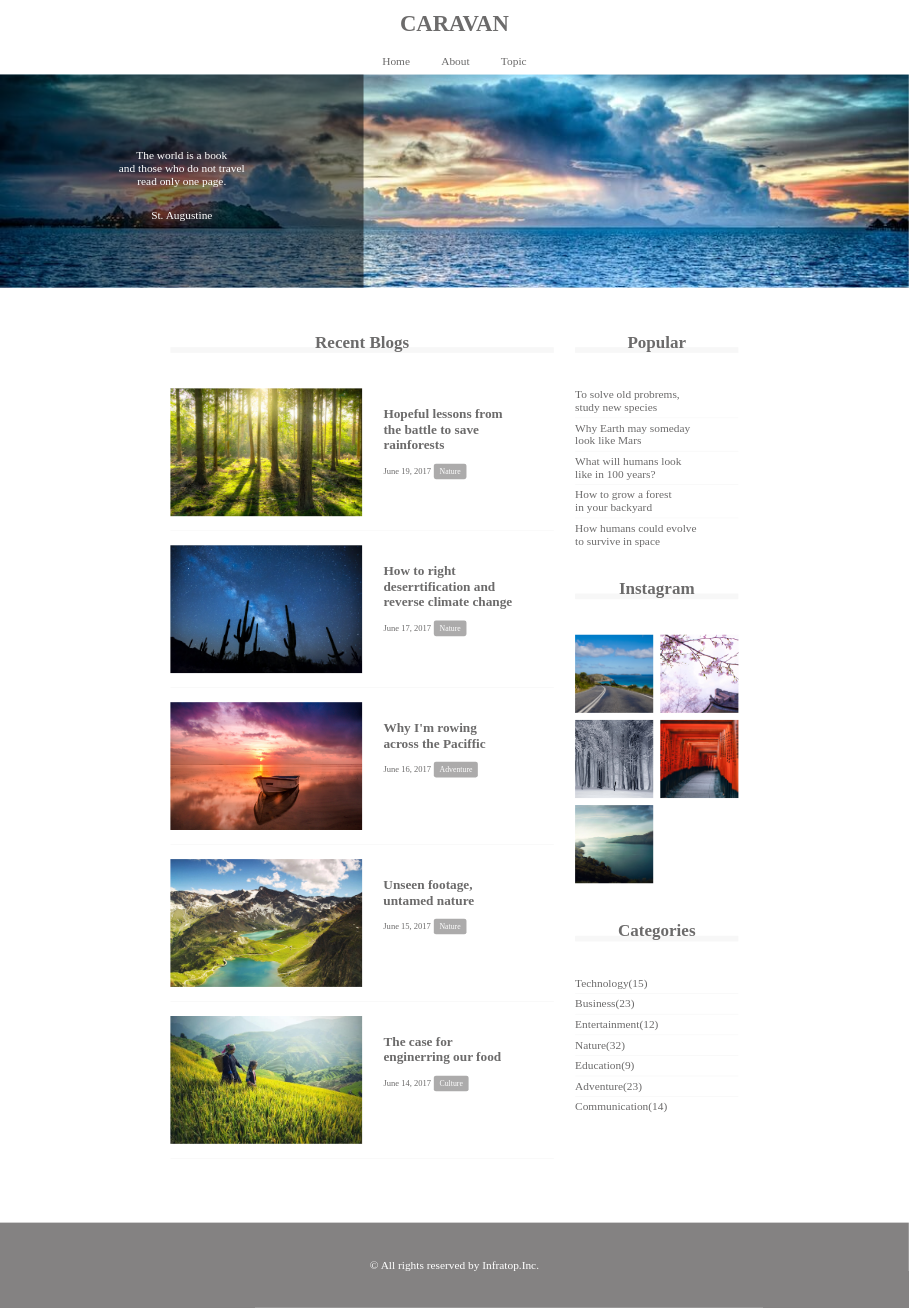
Repository: RAM-OK/git-practice
Page: caravan/index.html
The author's editor kept a record of every edit. The page is drawn from the files as they stood at one moment, then again after the next edit.
The browser window is 1280 px wide. The pictures show the whole page, at 71% of full size.

Above is the page before.

### caravan/index.html
<!DOCTYPE html>
<html lang="ja">
  <head>
    <meta charset="UTF-8" />
    <!-- CSSファイルの読み込み -->
    <link rel="stylesheet" href="style.css" />
    <title>CARAVAN</title>
  </head>

  <body>
    <!-- header -->
    <header>
      <h1 class="heading">
        <a href="index.html">
          CARAVAN
        </a>
      </h1>
    </header>

    <!-- navigation -->
    <nav>
      <ul class="nav-list">
        <li class="nav-list-item">
          <a href="index.html">Home</a>
        </li>
        <li class="nav-list-item">About</li>
        <li class="nav-list-item">Topic</li>
        </ul>
    </nav>

    <!-- main-visual用のdiv -->
    <div class="main-visual">
      <div class="main-visual-content">
    <p class="main-visual-text">
      The world is a book<br />
      and those who do not travel<br />
      read only one page.
    </p>
    <p class="main-visual-name">
      St. Augustine
    </p>
    　</div>
    </div>

    <!-- main用のdiv -->
    <main>
      <section class="blog">
        <h2 class="blog-heading">Recent Blogs</h2>
        <div class="blog-box">
        <div class="blog-item">
          <img class="blog-image" src="img/forest.jpg">
          <section class="blog-text">
            <h3 class="blog-text-heading">
              <a href="single.html">
                Hopeful lessons from<br />
                the battle to save<br />
                rainforests
              </a>
            </h3>
            <p class="blog-date">June 19, 2017</p>
            <span class="category">Nature</span>
          </section>
        </div>
        <div class="blog-item">
          <img class="blog-image" src="img/desert.jpg">
          <section class="blog-text">
            <h3 class="blog-text-heading">
              <a href="single.html">
                How to right<br />
                deserrtification and<br />
                reverse climate change
              </a>
            </h3>
            <p class="blog-date">June 17, 2017</p>
            <span class="category">Nature</span>
          </section>
        </div>
        <div class="blog-item">
          <img class="blog-image" src="img/sunset.jpg">
          <section class="blog-text">
            <h3 class="blog-text-heading">
              <a href="single.html">
                Why I'm rowing<br />
                across the Paciffic<br />
              </a>
            </h3>
            <p class="blog-date">June 16, 2017</p>
            <span class="category">Adventure</span>
          </section>
        </div>
        <div class="blog-item">
          <img class="blog-image" src="img/italy.jpg">
          <section class="blog-text">
            <h3 class="blog-text-heading">
              <a href="single.html">
                Unseen footage,<br />
                untamed nature
              </a>
            </h3>
            <p class="blog-date">June 15, 2017</p>
            <span class="category">Nature</span>
          </section>
        </div>
        <div class="blog-item">
          <img class="blog-image" src="img/asia.jpg">
          <section class="blog-text">
            <h3 class="blog-text-heading">
              <a href="single.html">
                The case for<br />
                enginerring our food
              </a>
            </h3>
            <p class="blog-date">June 14, 2017</p>
            <span class="category">Culture</span>
          </section>
        </div>
        </div>
      </section>
      <div class="sidebar">
        <section class="popular">
          <h2 class="popular-heading common-heading">Popular</h2>
          <div class="sidebar-contents">
            <p class="popular-text">
            To solve old probrems,<br>
            study new species
            </p>
            <p class="popular-text">
              Why Earth may someday<br>
              look like Mars
            </p>
            <p class="popular-text">
              What will humans look<br>
              like in 100 years?
            </p>
            <p class="popular-text">
              How to grow a forest<br>
              in your backyard
            </p>
            <p class="popular-text">
              How humans could evolve<br>
              to survive in space
            </p>
          </div>
        </section>
        <section class="instagram">
          <h2 class="instagram-heading common-heading">Instagram</h2>
          <div class="sidebar-contents">
            <div class="instagram-box"></div>
            <div class="instagram-box"></div>
            <div class="instagram-box"></div>
            <div class="instagram-box"></div>
            <div class="instagram-box"></div>
            <div class="instagram-box"></div>
          </div>
        </section>
        <section class="categories">
          <h2 class="categories-heading common-heading">Categories</h2>
          <div class="sidebar-contents">
            <p class="categories-text">Technology(15)</p>
            <p class="categories-text">Business(23)</p>
            <p class="categories-text">Entertainment(12)</p>
            <p class="categories-text">Nature(32)</p>
            <p class="categories-text">Education(9)</p>
            <p class="categories-text">Adventure(23)</p>
            <p class="categories-text">Communication(14)</p>
          </div>
        </section>
      </div>
    </main>

    <!-- footer -->
    <footer>
      <p class="footer-text">︎© All rights reserved by Infratop.Inc. </p>
    </footer>
  </body>
</html>

### caravan/style.css
/* ブラウザがそれぞれ持っているCSSをリセットするための記述 */
* {
  margin: 0;
  padding: 0;
  box-sizing: border-box;
  color: #6c6b6b;
}

a {
  text-decoration: none;
}

header {
  width: 90%; /* 横幅90% */
  padding: 15px 0;
  margin: 0 auto;
  text-align: center;
}

header .heading { /* headerタグ内のheadingクラスにのみ反映される */
 font-size: 32px;
}

.nav-list {
  text-align: center;
  padding: 10px 0;
  margin: 0 auto;
}

.nav-list-item {
  list-style: none;
  display: inline-block;
  margin: 0 20px;
}

.main-visual {
  width: 100%; /* 横幅いっぱい */
  height: 300px; /* 高さ300px */
  background-image: url(img/mv.jpg);
  background-size: cover; /* 縦横比を維持したまま背景領域を埋め尽くす */
  background-position: center; /* 背景画像を中央に配置 */
}

.main-visual-content {
  width: 40%; /* 横幅40% */
  height: 300px; /* 親の高さに揃える */
  background-color: rgba(0,0,0,0.5); /* 背景色を半透明の黒にする */
  text-align: center; /* 文字を中央揃えにする */
  padding-top: 105px; /* 上側の内側余白で垂直方向の位置を調整 */
}

.main-visual-text {
  color: #fff; /* 文字色を白に変更 */
}

.main-visual-name {
  margin-top: 30px; /* 上側の外側の余白 */
  color: #fff; /* 文字色を白に変更 */
}

main {
 width: 800px; /* 横幅800px */
 display: flex; /* Flexboxの利用 */
 justify-content: center; /* 要素横並び・中央寄せ */
 margin: 0 auto; /* 要素の中央揃え */
 padding: 70px 0; /* 上下に70px、左右に0pxの余白 */
}

.blog {
  width: 540px;
  margin-right: 30px; /* 領域の右側余白 */
}

.blog-heading {
  border-bottom: 8px solid #f7f7f7;
  text-align: center;
  line-height: 0.6;
}

.blog-box {
  padding-top: 50px;
}

.blog-item {
  padding-bottom: 20px;
  margin-bottom: 20px;
  border-bottom: 1px solid #f7f7f7;
  display: flex;
  justify-content: flex-start;
}

.blog-image {
  height: 180px;
}

.blog-text {
  padding: 25px 0 0 30px;
}

.blog-text-heading {
  padding-bottom: 15px;
}

.blog-date {
  font-size: 12px;
  display: inline-block;
}

.category {
  display: inline-block;
  padding: 5px 8px;
  background-color: #acabab;
  border-radius: 3px;
  color: #fff;
  font-size: 11px;
}

.sidebar {
  width: 230px;
}

.common-heading {
  border-bottom: 8px solid #f7f7f7;
  text-align: center;
  line-height: 0.6;
}

.sidebar-contents {
  padding: 50px 0;
}

.popular-text,
.categories-text {
  padding-bottom: 5px;
  border-bottom: 1px solid #f7f7f7;
  margin-bottom: 5px;
}

.popular-text:last-child,
.categories-text:last-child {
  margin: 0;
  padding: 0;
  border: none;
}

.instagram .sidebar-contents {
  display: flex;
  flex-wrap: wrap;
}

.instagram-box {
  width: 110px;
  padding-top: 110px;
  background-size: cover;
  background-position: center;
  margin-bottom: 10px;
}

.instagram-box:nth-child(odd) {
  margin: 0 10px 10px 0;
}

.instagram-box:nth-child(1) {
  background-image: url(img/airport.jpg);
}

.instagram-box:nth-child(2) {
  background-image: url(img/japan.jpg);
}

.instagram-box:nth-child(3) {
  background-image: url(img/snow.jpg);
}

.instagram-box:nth-child(4) {
  background-image: url(img/japan2.jpg);
}

.instagram-box:nth-child(5) {
  background-image: url(img/lake.jpg);
}

.instagram-box:nth-child(1) {
  background-image: url(img/road.jpg);
}

footer {
  width: 100%;
  height: 120px;
  text-align: center;
  line-height: 120px;
  background-color: #848282;
}

.footer-text {
  color: #fff;
}

After the next edit:
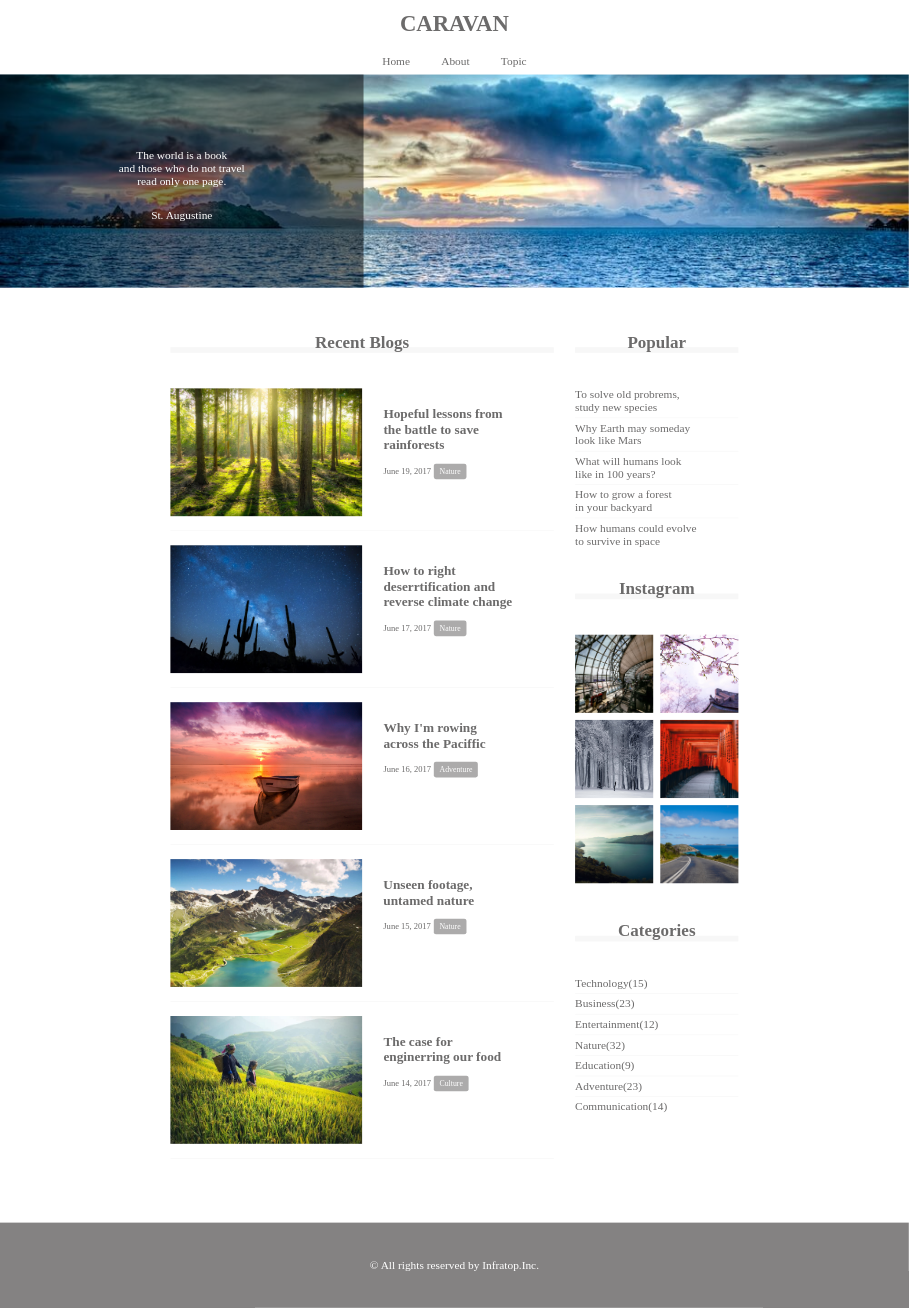
The edit:
--- a/caravan/style.css
+++ b/caravan/style.css
@@ -180,7 +180,7 @@
   background-image: url(img/lake.jpg);
 }
 
-.instagram-box:nth-child(1) {
+.instagram-box:nth-child(6) {
   background-image: url(img/road.jpg);
 }
 
